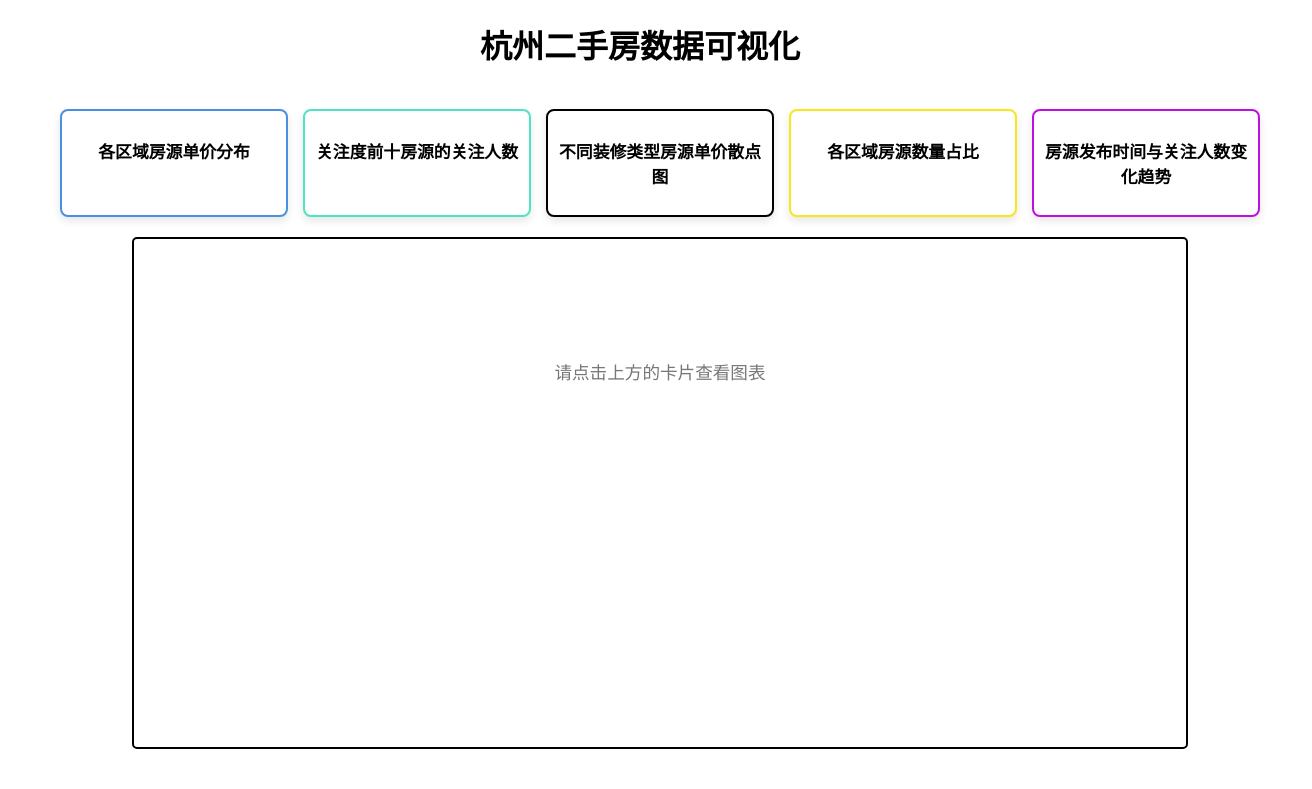
Repository: sakimi-9/DPV-SHP_HangZhou
Page: / (app in rendering/)
These files come from the project's save history. The page is drawn as it stood at one moment and after the next save; the edit follows.
The browser window is 1280 px wide. The page is 1312 px wide, so the pictures cover 1312 px, including what lies to the right of the window. The pictures show the whole page.
The project was rebuilt for these pictures with package versions that can differ from the ones it lists, and the page was loaded fresh each time. Also part of the build but not shown: rendering/vite.config.ts.

Above is the page before, as saved 2025-05-29 12:25:21.

### rendering/index.html
<!DOCTYPE html>
<html lang="en">

<head>
    <meta charset="UTF-8">
    <link rel="icon" href="/favicon.ico">
    <meta name="viewport" content="width=device-width, initial-scale=1.0">
    <title>二手房数据可视化</title>
</head>

<body>
    <div id="app"></div>
    <script type="module" src="/src/main.ts"></script>
</body>

</html>

### rendering/src/App.vue
<template>
  <div>
    <h1 style="text-align: center;">杭州二手房数据可视化</h1>

    <!-- 模式切换 UI -->


    <!-- 2D 图表区域 -->
    <HouseCharts v-if="currentMode === '2D'" :house-data="houseData" />

  </div>
</template>

<script setup lang="ts">
import { ref, onMounted } from 'vue';

// 导入新组件
import HouseCharts from './components/HouseCharts.vue';

// 导入数据解析器
import { ParsedHouse, parseHouseData } from '../util/dataParser';

// Define a ref to store the parsed data
const houseData = ref<ParsedHouse[] | null>(null);

// 定义当前模式状态
const currentMode = ref<'2D'>('2D'); // Only 2D mode is available now

// 定义控制数据分析部分显示的状态变量
const showAnalysis = ref(false);

// 切换数据分析部分显示状态的函数
const toggleAnalysis = () => {
  showAnalysis.value = !showAnalysis.value;
};

// 数据加载逻辑 (修改：先加载经纬度，再加载房源数据)
onMounted(async () => {
  try {
    const response = await fetch('/house_data.json');
    if (!response.ok) {
      throw new Error(`HTTP error! status: ${response.status}`);
    }
    const rawHouseData = await response.json();
    // 解析房源数据时传入经纬度 Map
    houseData.value = parseHouseData(rawHouseData);

    console.log('解析后的数据并存储:', houseData.value);

  } catch (error) {
    console.error('Error loading or processing data:', error);
  }
});

// 显式导出响应式变量 (可能有助于类型检查)
// export { houseData, currentMode };

</script>

<style scoped>
/* Add any specific styles for the 3D visualization container if needed */
/* Only retain App.vue's own styles */
/* HouseCharts.vue */
.chart-display-area>div[ref] {
  width: 100%;
  height: 600px;
  /* Fixed height for the chart */
}

/* HouseCharts.vue */
.chart-display-area {
  /* ... existing styles ... */
  min-height: 850px;
  /* Ensure a minimum height for the box, adjust based on chart height */
}

.chart-display-area>div[ref] {
  width: 100%;
  height: 800px;
  /* Adjusted height */
}

div {
  margin-bottom: 20px;
}

button {
  margin-right: 10px;
}

/* Add styles for the data analysis container */
.data-analysis-container {
  border: 1px solid #ccc;
  /* Add a border */
  padding: 20px;
  /* Add padding inside the box */
  margin-top: 20px;
  /* Add some space above the box */
  background-color: #f9f9f9;
  /* Add a light background color */
  border-radius: 8px;
  /* Rounded corners */
}

.data-analysis-container h2,
.data-analysis-container h3 {
  text-align: center;
  /* Center the titles within the box */
  color: #333;
  /* Darker color for titles */
  margin-bottom: 15px;
  /* Add space below titles */
}

.data-analysis-container h4 {
  margin-top: 15px;
  /* Space above h4 */
  margin-bottom: 10px;
  /* Space below h4 */
  color: #555;
  /* Slightly lighter color for h4 */
}

.data-analysis-container p {
  line-height: 1.6;
  /* Improve readability with more line spacing */
  color: #555;
  /* Slightly lighter color for text */
  margin-bottom: 10px;
  /* Adjust space between paragraphs */
}

.data-analysis-container ul {
  margin-bottom: 15px;
  /* Space below lists */
  padding-left: 20px;
  /* Indent list items */
}

.data-analysis-container ul li {
  margin-bottom: 5px;
  /* Space between list items */
  line-height: 1.5;
  /* Line spacing for list items */
  color: #555;
}


.data-analysis-container p strong {
  color: #000;
  /* Make strong text black */
}

/* Remove styles migrated to TwoDCharts.vue */
/* Keep only App.vue specific styles */

/* Example styles for layout if needed, adjust based on your structure */
/*
.container {
    max-width: 960px;
    margin: 0 auto;
    padding: 20px;
}
*/

/* Add styles for the analysis button */
.analysis-button {
  position: fixed;
  /* Fixed position relative to the viewport */
  bottom: 20px;
  /* 20px from the bottom */
  right: 20px;
  /* 20px from the right */
  z-index: 1000;
  /* Ensure it's above other content */
  padding: 10px 20px;
  font-size: 16px;
  background-color: #007bff;
  color: white;
  border: none;
  border-radius: 5px;
  cursor: pointer;
  box-shadow: 0 2px 5px rgba(0, 0, 0, 0.2);
}

.analysis-button:hover {
  background-color: #0056b3;
}
</style>

### rendering/src/components/HouseCharts.vue
<template>
    <div class="charts-container">
        <!-- Main Title - Centered in App.vue -->

        <!-- Chart Cards Grid -->
        <div class="charts-grid">
            <div v-for="(chart, index) in charts" :key="index" class="chart-card"
                :style="{ 'border-color': getCardColor(index) }" @click="selectChart(index)">
                <h3>{{ chart.title }}</h3>
            </div>
        </div>

        <!-- Chart Display Area (Black Box) -->
        <div class="chart-display-area">
            <div v-if="selectedChartIndex !== null && currentChart" class="selected-chart-content">
                <h3>{{ currentChart.title }}</h3>
                <!-- Chart rendering area - always in DOM, content controlled by JS -->
                <div ref="selectedChartDisplayRef" style="width: 100%; height: 70vh;"></div>
            </div>
            <div v-else class="placeholder-message">
                <p>请点击上方的卡片查看图表</p>
            </div>
        </div>

    </div>
</template>

<script setup lang="ts">
import { ref, onMounted, watch, computed, nextTick } from 'vue';
import * as echarts from 'echarts/core';
// Import the necessary components and charts
import { BarChart, PieChart, ScatterChart, BoxplotChart, LineChart } from 'echarts/charts';
import { GridComponent, TooltipComponent, LegendComponent, TitleComponent } from 'echarts/components';
import { CanvasRenderer } from 'echarts/renderers';

// Import data parsing functions
import {
    getAreaPriceBoxPlotData,
    getTop10FollowedHousesData,
    getRenovationPriceScatterData,
    getAreaHouseCountPieData,
    getPublishTimeFollowersTrendData
} from '../../util/chartDataParser';

echarts.use([
    BarChart,
    PieChart,
    ScatterChart,
    BoxplotChart,
    LineChart,
    GridComponent,
    TooltipComponent,
    LegendComponent,
    TitleComponent,
    CanvasRenderer,
]);

// 定义解析后的房源数据接口 (Copy from dataParser.ts for self-containment)
interface ParsedHouse {
    房源标题: string;
    室: number | null;
    厅: number | null;
    面积: number | null; // 平米
    朝向: string | null;
    装修: string | null;
    楼层信息: string | null; // 例如 "中楼层"
    总楼层: number | null;
    建筑年份: number | null; // 例如 2012
    建筑类型: string | null; // 例如 "板塔结合"
    小区名称: string | null;
    所在区域: string | null; // 例如 "临河里"
    单价: number | null; // 元/平
    关注人数: number | null;
    发布时间: string | null; // 例如 "2个月以前发布"
    标签: string[];
}

// 定义接收的 props
const props = defineProps<{ houseData: ParsedHouse[] | null }>();

// Define ref for the selected chart display area
const selectedChartDisplayRef = ref<HTMLElement | null>(null);

// Define the current chart index
const selectedChartIndex = ref<number | null>(null);

// Computed property for the current chart information
const currentChart = computed(() => {
    if (selectedChartIndex.value === null) return null;
    return charts[selectedChartIndex.value];
});

// Function to select a chart
const selectChart = (index: number) => {
    selectedChartIndex.value = index;
    console.log("Selected chart index:", selectedChartIndex.value);
};

// Function to dispose of a chart instance
const disposeChart = (chartElement: HTMLElement) => {
    const chartInstance = echarts.getInstanceByDom(chartElement);
    if (chartInstance) {
        chartInstance.dispose();
    }
};

// Function to render the selected chart
const renderSelectedChart = (
    chartInfo: { title: string, render: (element: HTMLElement, data: ParsedHouse[]) => void } | null,
    data: ParsedHouse[] | null
) => {
    // Dispose of any previously rendered chart in the display area
    if (selectedChartDisplayRef.value) {
        console.log("Disposing previous chart.");

        disposeChart(selectedChartDisplayRef.value);
        selectedChartDisplayRef.value.innerHTML = ''; // Clear previous chart content
    }

    if (!chartInfo || selectedChartIndex.value === null || !data || data.length === 0) {
        console.warn("No chart selected, no data, or chart info not ready.");
        // The placeholder is now controlled by v-else in the template
        console.log("Render conditions not met.", "Index:", selectedChartIndex.value, "Data present:", !!data, "Data length:", data ? data.length : 0);
        return;
    }

    const chartElement = selectedChartDisplayRef.value; // Get the display area element

    if (!chartElement) {
        console.warn("Chart display element is not available.");
        console.log("Render conditions not met.", "Index:", selectedChartIndex.value, "Data present:", !!props.houseData, "Data length:", props.houseData ? props.houseData.length : 0, "Element available:", !!chartElement);

        return; // Exit if the element is null
    }

    // Directly get chart info based on selected index
    if (chartElement && chartInfo) {
        // Render the current chart
        console.log(`Attempting to render chart: ${chartInfo.title}`);
        try {
            chartInfo.render(chartElement, data); // Pass the display area element to the render function
            console.log(`Successfully called render function for: ${chartInfo.title}`);
        } catch (error) {
            console.error(`Error rendering chart ${chartInfo.title}:`, error);
            chartElement.innerHTML = '<p>图表加载失败</p>';
            console.log(`Caught error during render for: ${chartInfo.title}`);
        }
    }
};

// Watch for changes in houseData or selectedChartIndex to determine if a chart *should* be rendered
watch([() => props.houseData, selectedChartIndex], async ([newData, newIndex]) => {
    // If conditions are met (data and index valid), render the chart.
    // Note: We don't await nextTick here directly for ref availability.
    // The rendering will happen when selectedChartDisplayRef becomes available.
    if (newIndex !== null && newData && newData.length > 0) {
        console.log("Data and Index valid, waiting for nextTick...");
        await nextTick(); // Wait for DOM updates

        const chartElement = selectedChartDisplayRef.value;
        if (chartElement) {
            console.log("Ref element available, attempting to render chart.", "Index:", newIndex);
            // Get the chart info directly from the charts array based on the index
            const chartInfo = charts[newIndex];
            if (chartInfo) {
                renderSelectedChart(chartInfo, newData);
            } else {
                console.error("Chart info not found for index:", newIndex);
            }
        } else {
            console.warn("Ref element not available after nextTick.");
        }
    } else {
        // If conditions are not met, dispose the current chart if it exists
        if (selectedChartDisplayRef.value) {
            console.log("Conditions not met, disposing chart.");
            disposeChart(selectedChartDisplayRef.value);
            selectedChartDisplayRef.value.innerHTML = '';
        }
    }
}, { immediate: true }); // Ensure initial check

// Function to get a color for the card based on index
const getCardColor = (index: number) => {
    const colors = ['#4A90E2', '#50E3C2', 'F5A623', '#F8E71C', '#BD10E0']; // Example colors - removed duplicate definition
    return colors[index % colors.length];
};

// --- Chart Render Functions ---

// 1. 各区域房源单价分布对比箱线图
function renderAreaPriceBoxPlot(chartElement: HTMLElement, data: ParsedHouse[]) {
    const chartData = getAreaPriceBoxPlotData(data);

    if (chartData.length === 0) {
        echarts.dispose(chartElement);
        chartElement.innerHTML = '<p>暂无区域单价分布数据</p>';
        return;
    }

    const areas = chartData.map(item => item.area);
    const prices = chartData.map(item => item.prices);

    const myChart = echarts.init(chartElement);
    console.log("ECharts instance initialized for:", "各区域房源单价分布");
    const option = {
        title: {
            text: '各区域房源单价分布',
            left: 'center'
        },
        tooltip: {
            trigger: 'item',
            axisPointer: { type: 'shadow' }
        },
        xAxis: {
            type: 'category',
            data: areas,
            boundaryGap: true,
            nameMap: areas,
            axisLabel: {
                interval: 0,
                rotate: 30,
                overflow: 'breakAll',
                ellipsis: '...'
            }
        },
        yAxis: {
            type: 'value',
            name: '单价 (元/平)'
        },
        series: [
            {
                name: '单价分布',
                type: 'boxplot',
                data: prices,
                tooltip: {
                    formatter: function (param: any) { // Keep any type for simplicity
                        if (param.data) {
                            return [
                                `区域: ${param.name}<br/>`,
                                `最大值: ${param.data[5].toFixed(2)}<br/>`,
                                `第三四分位数: ${param.data[4].toFixed(2)}<br/>`,
                                `中位数: ${param.data[3].toFixed(2)}<br/>`,
                                `第一四分位数: ${param.data[2].toFixed(2)}<br/>`,
                                `最小值: ${param.data[1].toFixed(2)}`
                            ].join('');
                        }
                        return '';
                    }
                }
            }
        ]
    };
    console.log("Setting option for:", "各区域房源单价分布", option);
    myChart.setOption(option);
}

// 2. 关注度前十房源的关注人数柱状图
function renderTop10FollowersBar(chartElement: HTMLElement, data: ParsedHouse[]) {
    const chartData = getTop10FollowedHousesData(data);

    if (chartData.length === 0) {
        echarts.dispose(chartElement);
        chartElement.innerHTML = '<p>暂无关注度前十房源数据</p>';
        return;
    }

    const titles = chartData.map(item => item.title);
    const followers = chartData.map(item => item.followers);

    const myChart = echarts.init(chartElement);
    console.log("ECharts instance initialized for:", "关注度前十房源的关注人数");
    const option = {
        title: {
            text: '关注度前十房源的关注人数',
            left: 'center'
        },
        tooltip: {},
        xAxis: {
            type: 'category',
            data: titles,
            axisLabel: {
                interval: 0,
                rotate: 30,
                overflow: 'breakAll',
                ellipsis: '...'
            }
        },
        yAxis: {
            type: 'value',
            name: '关注人数'
        },
        series: [
            {
                name: '关注人数',
                type: 'bar',
                data: followers
            }
        ],
        grid: {
            left: '3%',
            right: '4%',
            bottom: '3%',
            containLabel: true
        }
    };
    console.log("Setting option for:", "关注度前十房源的关注人数", option);
    myChart.setOption(option);
}

// 3. 不同装修类型房源单价散点图
function renderRenovationPriceScatter(chartElement: HTMLElement, data: ParsedHouse[]) {
    const chartData = getRenovationPriceScatterData(data);

    if (chartData.length === 0) {
        echarts.dispose(chartElement);
        chartElement.innerHTML = '<p>暂无装修类型与单价数据</p>';
        return;
    }

    const scatterData = chartData.map((item: { renovation: string, price: number }) => [item.price, item.renovation]); // Explicitly type item

    // Get unique renovation types for y-axis categories
    const renovationTypes = Array.from(new Set(chartData.map((item: { renovation: string, price: number }) => item.renovation))) as string[]; // Explicitly type item and result

    const myChart = echarts.init(chartElement);
    console.log("ECharts instance initialized for:", "不同装修类型房源单价散点图");
    const option = {
        title: {
            text: '不同装修类型房源单价散点图',
            left: 'center'
        },
        tooltip: {
            trigger: 'axis',
            axisPointer: { type: 'shadow' },
            formatter: function (params: any) { // Keep any type for simplicity
                const item = params[0];
                return `装修: ${item.value[1]}<br/>单价: ${item.value[0].toFixed(2)} 元/平`;
            }
        },
        xAxis: {
            type: 'value',
            name: '单价 (元/平)'
        },
        yAxis: {
            type: 'category',
            data: renovationTypes,
            name: '装修类型'
        },
        series: [
            {
                name: '房源',
                type: 'scatter',
                data: scatterData
            }
        ]
    };
    console.log("Setting option for:", "不同装修类型房源单价散点图", option);
    myChart.setOption(option);
}

// 4. 各区域房源数量占比饼图
function renderAreaCountPie(chartElement: HTMLElement, data: ParsedHouse[]) {
    const chartData = getAreaHouseCountPieData(data);

    if (chartData.length === 0) {
        echarts.dispose(chartElement);
        chartElement.innerHTML = '<p>暂无区域房源数量数据</p>';
        return;
    }

    const pieData = chartData.map((item: { area: string, count: number }) => ({
        name: item.area,
        value: item.count
    })); // Explicitly type item

    const myChart = echarts.init(chartElement);
    console.log("ECharts instance initialized for:", "各区域房源数量占比");
    const option = {
        title: {
            text: '各区域房源数量占比',
            left: 'center'
        },
        tooltip: {
            trigger: 'item',
            formatter: '{a} <br/>{b}: {c} ({d}%)'
        },
        legend: {
            orient: 'vertical',
            left: 'left',
            data: chartData.map((item: { area: string, count: number }) => item.area) // Explicitly type item
        },
        series: [
            {
                name: '房源数量',
                type: 'pie',
                radius: '50%',
                data: pieData,
                emphasis: {
                    itemStyle: {
                        shadowBlur: 10,
                        shadowOffsetX: 0,
                        shadowColor: 'rgba(0, 0, 0, 0.5)'
                    }
                }
            }
        ]
    };
    console.log("Setting option for:", "各区域房源数量占比", option);
    myChart.setOption(option);
}

// 5. 房源发布时间与关注人数变化趋势折线图
function renderPublishTimeFollowersLine(chartElement: HTMLElement, data: ParsedHouse[]) {
    const chartData = getPublishTimeFollowersTrendData(data);

    if (chartData.length === 0) {
        echarts.dispose(chartElement);
        chartElement.innerHTML = '<p>暂无发布时间与关注人数趋势数据</p>';
        return;
    }

    const times = chartData.map((item: { time: string, totalFollowers: number }) => item.time); // Explicitly type item
    const totalFollowers = chartData.map((item: { time: string, totalFollowers: number }) => item.totalFollowers); // Explicitly type item

    const myChart = echarts.init(chartElement);
    console.log("ECharts instance initialized for:", "房源发布时间与关注人数变化趋势");
    const option = {
        title: {
            text: '房源发布时间与关注人数变化趋势',
            left: 'center'
        },
        tooltip: {
            trigger: 'axis'
        },
        xAxis: {
            type: 'category',
            data: times,
            axisLabel: {
                interval: 0,
                rotate: 30,
                overflow: 'breakAll',
                ellipsis: '...'
            }
        },
        yAxis: {
            type: 'value',
            name: '总关注人数'
        },
        series: [
            {
                name: '总关注人数',
                type: 'line',
                data: totalFollowers
            }
        ]
    };
    console.log("Setting option for:", "房源发布时间与关注人数变化趋势", option);
    myChart.setOption(option);
}

// Define the list of charts with their titles and render functions
const charts = [
    { title: '各区域房源单价分布', render: renderAreaPriceBoxPlot },
    { title: '关注度前十房源的关注人数', render: renderTop10FollowersBar },
    { title: '不同装修类型房源单价散点图', render: renderRenovationPriceScatter },
    { title: '各区域房源数量占比', render: renderAreaCountPie },
    { title: '房源发布时间与关注人数变化趋势', render: renderPublishTimeFollowersLine },
];

// Initial render logic (optional, handled by watch with immediate: true)
/*
onMounted(() => {
    renderSelectedChart(props.houseData);
});
*/

</script>

<style scoped>
.charts-container {
    display: flex;
    flex-direction: column;
    gap: 0px;
    /* Increased gap */
    align-items: center;
    margin-top: 20px;
    /* Adjusted top margin */
    padding: 20px;
    width: 100%;
    /* Ensure container takes full width */
}

.charts-grid {
    display: grid;
    grid-template-columns: repeat(5, 1fr);
    /* Changed to 5 equal columns */
    gap: 15px;
    /* Reduced gap to make cards smaller */
    width: 100%;
    max-width: 1200px;
    /* Keep max width */
    justify-content: center;
}

.chart-card {
    background-color: #fff;
    border: 2px solid;
    /* Use border-color from style binding */
    border-radius: 8px;
    padding: 10px;
    /* Reduced padding */
    text-align: center;
    cursor: pointer;
    box-shadow: 0 4px 8px rgba(0, 0, 0, 0.1);
    transition: transform 0.3s ease, box-shadow 0.3s ease;
    font-size: 0.9em;
    /* Slightly reduced font size */
}

.chart-card:hover {
    transform: translateY(-5px);
    box-shadow: 0 6px 12px rgba(0, 0, 0, 0.15);
}

/* --- 图表显示区域容器样式 (黑色边框区域) --- */
.chart-display-area {
    margin-top: 20px;
    /* Space above the display area */
    border: 2px solid black;
    /* Black border */
    border-radius: 5px;
    padding: 20px;
    width: 80%;
    flex-direction: column;
    align-items: center;
    min-height: 65vh;
    /* Ensure a minimum height for the box, adjusted for larger chart */
    /* Ensure a minimum height for the box */
}

.chart-display-area h3 {
    margin-top: 0;
    margin-bottom: 0px;
}

/* --- ECharts 图表实际渲染区域样式 (div[ref=selectedChartDisplayRef]) --- */
/* 调整这里的 width 和 height 可以直接改变图表的大小 */
.chart-display-area>div[ref] {
    width: 100%;
    height: 60vh;
    /* 例如，占视口高度的 70% */
}

.placeholder-message {
    text-align: center;
    color: #777;
    font-size: 1.1em;
    margin-top: 100px;
    /* Center message vertically */
}

/* Removed carousel related styles */
</style>

Loaded but not shown: rendering/src/main.ts (common file); rendering/public/house_data.json (1034 lines, source omitted); rendering/util/dataParser.ts (112 lines, source omitted); rendering/util/chartDataParser.ts (107 lines, source omitted)

After the next save:
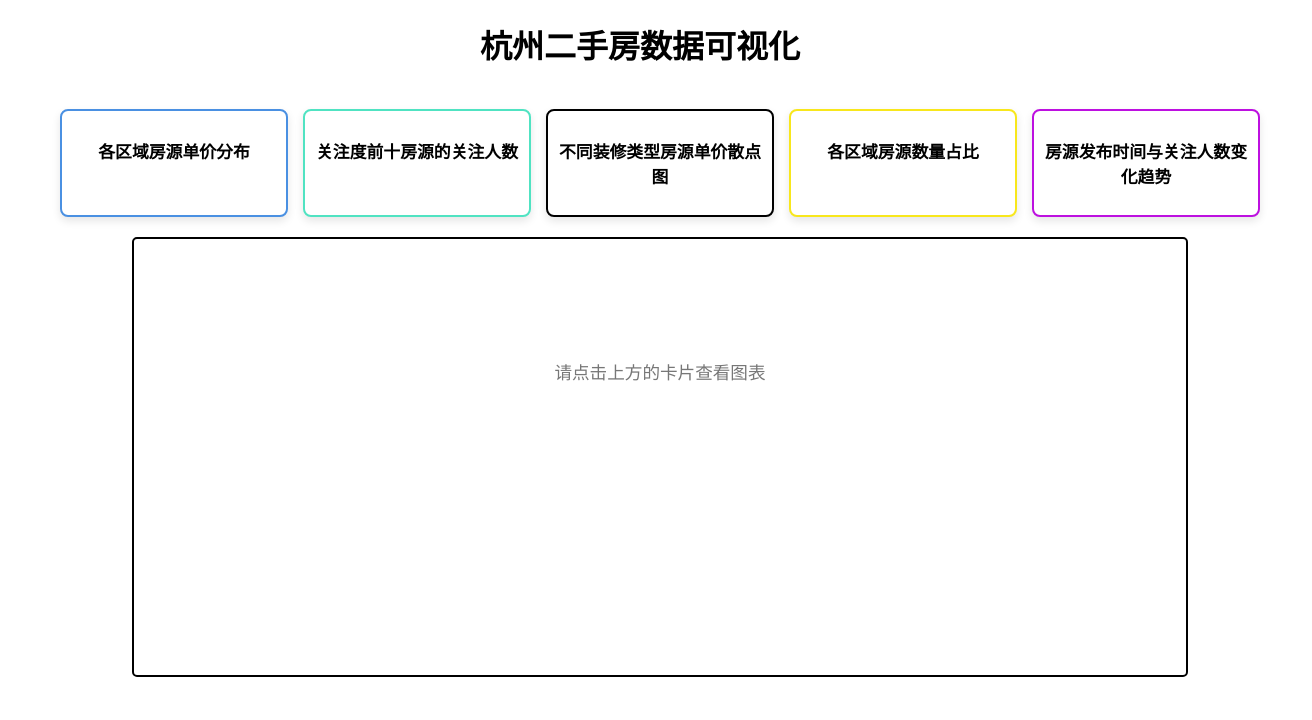
Saved 54 s later.
--- a/rendering/src/components/HouseCharts.vue
+++ b/rendering/src/components/HouseCharts.vue
@@ -534,7 +534,7 @@ onMounted(() => {
     width: 80%;
     flex-direction: column;
     align-items: center;
-    min-height: 65vh;
+    min-height: 55vh;
     /* Ensure a minimum height for the box, adjusted for larger chart */
     /* Ensure a minimum height for the box */
 }
